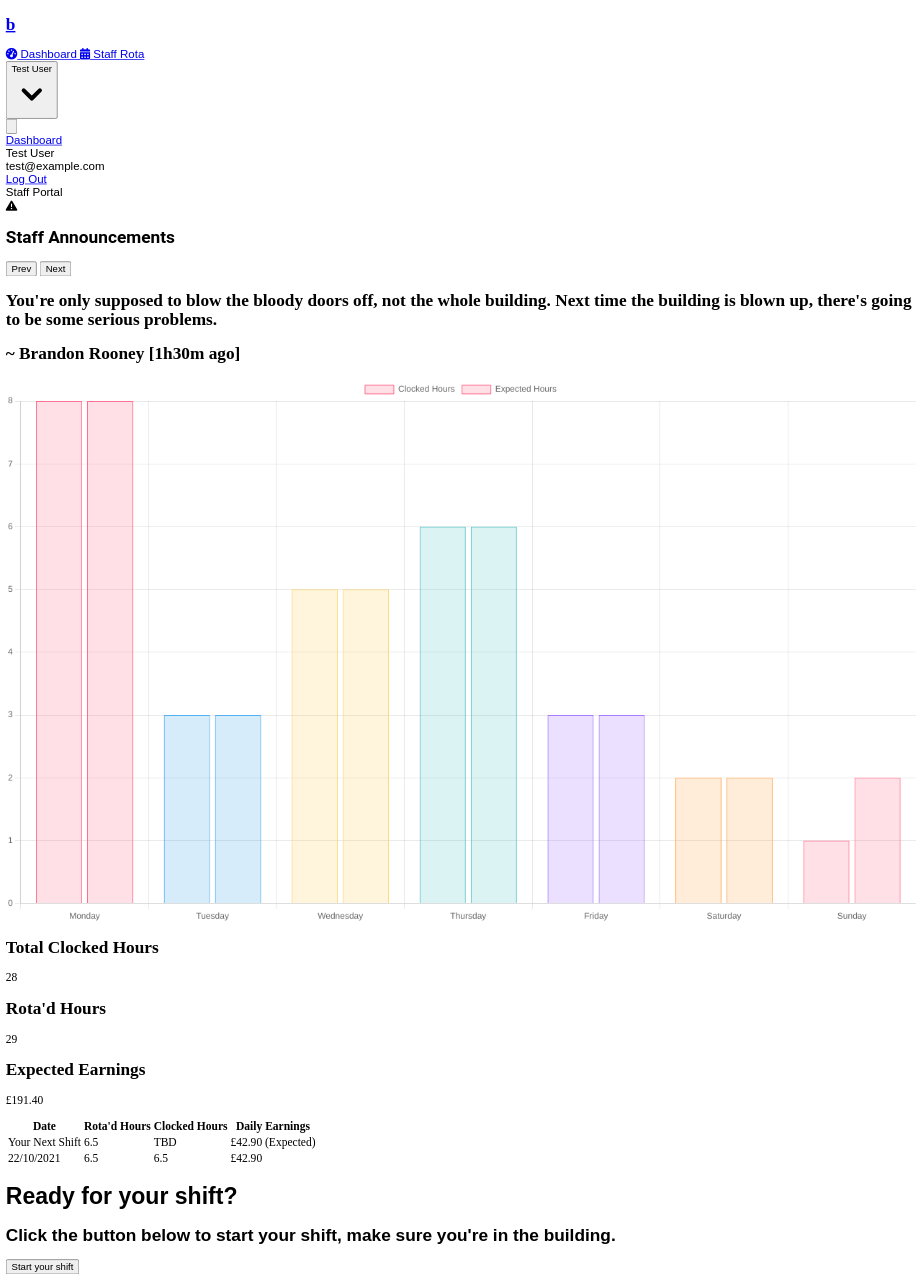
Repository: SimplyBrandon/blue-lounge
Page: http://localhost/rota
These files come from the project's save history. The page is drawn as it stood at one moment and after the next save; the edit follows.
The browser window is 1280 px wide. The pictures show the whole page, at 72% of full size.
Some web libraries are served in a nearby version. The page is served by the project's Laravel application, run on PHP 8.4 with Laravel 8. A made-up administrator, Test User (test@example.com), is signed in.

Above is the page before, as saved 2021-10-23 15:34:34.

After the next save:
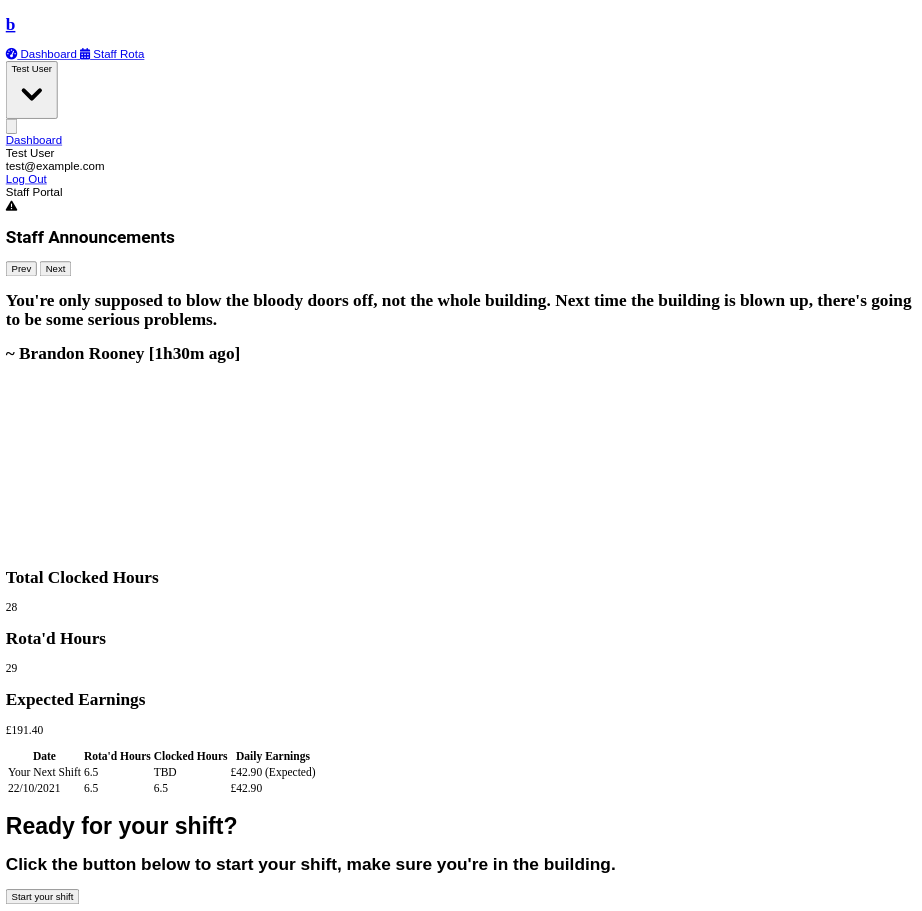
Saved 30 s later.
--- a/resources/views/staff/rota.blade.php
+++ b/resources/views/staff/rota.blade.php
@@ -77,60 +77,6 @@
     </div>
 
     <script>
-        var ctx = document.getElementById('myChart').getContext('2d');
-        var myChart = new Chart(ctx, {
-            type: 'bar',
-            data: {
-                labels: ['Monday', 'Tuesday', 'Wednesday', 'Thursday', 'Friday', 'Saturday', 'Sunday'],
-                datasets: [{
-                    label: 'Clocked Hours',
-                    data: [8, 3, 5, 6, 3, 2, 1],
-                    backgroundColor: [
-                        'rgba(255, 99, 132, 0.2)',
-                        'rgba(54, 162, 235, 0.2)',
-                        'rgba(255, 206, 86, 0.2)',
-                        'rgba(75, 192, 192, 0.2)',
-                        'rgba(153, 102, 255, 0.2)',
-                        'rgba(255, 159, 64, 0.2)'
-                    ],
-                    borderColor: [
-                        'rgba(255, 99, 132, 1)',
-                        'rgba(54, 162, 235, 1)',
-                        'rgba(255, 206, 86, 1)',
-                        'rgba(75, 192, 192, 1)',
-                        'rgba(153, 102, 255, 1)',
-                        'rgba(255, 159, 64, 1)'
-                    ],
-                    borderWidth: 1
-                }, {
-                    label: 'Expected Hours',
-                    data: [8, 3, 5, 6, 3, 2, 2],
-                    backgroundColor: [
-                        'rgba(255, 99, 132, 0.2)',
-                        'rgba(54, 162, 235, 0.2)',
-                        'rgba(255, 206, 86, 0.2)',
-                        'rgba(75, 192, 192, 0.2)',
-                        'rgba(153, 102, 255, 0.2)',
-                        'rgba(255, 159, 64, 0.2)'
-                    ],
-                    borderColor: [
-                        'rgba(255, 99, 132, 1)',
-                        'rgba(54, 162, 235, 1)',
-                        'rgba(255, 206, 86, 1)',
-                        'rgba(75, 192, 192, 1)',
-                        'rgba(153, 102, 255, 1)',
-                        'rgba(255, 159, 64, 1)'
-                    ],
-                    borderWidth: 1
-                }]
-            },
-            options: {
-                scales: {
-                    y: {
-                        beginAtZero: true
-                    }
-                }
-            }
-        });
+
     </script>
 @endsection
